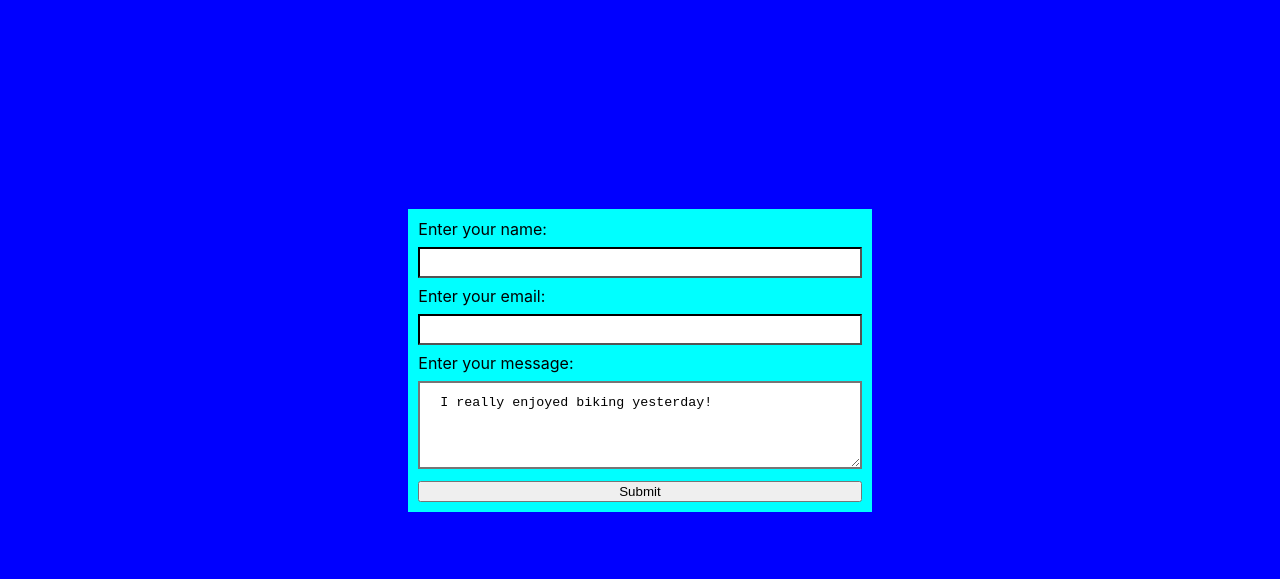
Repository: AddamVictorioDev/ProfileWebsite
Page: /form (app in con/)
The author's editor kept a copy of each file at every save. The page is drawn from the files as they stood at one save, then again after a run of saves.
The browser window is 1280 px wide. The pictures show the whole page.
The project was rebuilt for these pictures with package versions that can differ from the ones it lists, and the page was loaded fresh each time. Also part of the build but not shown: con/src/App.css, con/src/home.css, con/src/home.js, con/src/addam.css, con/src/addam.js, con/src/usescripts.js, con/src/projects.js.

Above is the page before, as saved 2023-03-16 19:34:43.

### con/src/index.css
body {
  margin: 0;
  font-family: -apple-system, BlinkMacSystemFont, 'Segoe UI', 'Roboto', 'Oxygen',
    'Ubuntu', 'Cantarell', 'Fira Sans', 'Droid Sans', 'Helvetica Neue',
    sans-serif;
  -webkit-font-smoothing: antialiased;
  -moz-osx-font-smoothing: grayscale;
  /* background-image: url("/Users/addamvictorio/con/src/waterdropwallpp.jpg"); */
  /* background-color: #ffffff; */

}

code {
  font-family: source-code-pro, Menlo, Monaco, Consolas, 'Courier New',
    monospace;
}

### con/src/App.js
import logo from './logo.svg';
import './App.css';
import HomePage from './home';
import Addam from './addam';

import {
  BrowserRouter,
  Routes,
  Route
} from "react-router-dom";
import Projects from './projects';
import MyForm from './form';

function App() {

  return (

    <BrowserRouter>
      <Routes>


      <Route exact path="/" element={<Addam />}  />
      <Route path="projects" element={<Projects />} />
      <Route path="form" element={<MyForm />} />

      </Routes>


  </BrowserRouter>

  );
}

export default App;

### con/src/form.js
import { useState } from 'react';
import ReactDOM from 'react-dom/client';
import './form.css'

function MyForm() {
  const [inputs, setInputs] = useState({});
  const [textarea, setTextarea] = useState(
    "The content of a textarea goes in the value attribute"
  );

  const handleChange = (event) => {
    const name = event.target.name;
    const value = event.target.value;
    setInputs(values => ({...values, [name]: value}))
  }

  const handleSubmit = (event) => {
    event.preventDefault();
    alert(inputs);
  }

  return (
    <div className="center">
    <form onSubmit={handleSubmit}>
      <label>Enter your name:
      <input
        type="text"
        name="username"
        value={inputs.username || ""}
        onChange={handleChange}
      />
      </label>
      <label>Enter your email:
        <input
          type="text"
          name="age"
          value={inputs.age || ""}
          onChange={handleChange}
        />
        </label>
        <label>Enter your message:
        <textarea
        name="postContent"
        defaultValue="I really enjoyed biking yesterday!"
        rows={4}
        cols={40}
      />
        </label>

        <input type="submit" />
    </form>
    </div>
  )
}

export default MyForm;

### con/src/projects.css
.center{
    display: grid;
    justify-content: center;
    align-items: center;


}
.photo-grid {
    display: flex;
    height: 100%;

    border-radius: 10px;
    border-color: black;

    flex-wrap: wrap;
    justify-content: center;
    align-items: center;
    gap: 10px;
    background-color: blueviolet;
  }

  .photo-item {
    height: 100%;


    position: relative;




    overflow: auto;
  }

  img {
    width: 100%;
    height: 100%;


    object-fit: cover;
  }
  .img-text {
    position: absolute;
    width: 100%;
    bottom: 10px;

    color: white;
    background-color: rgb(199, 6, 6);
    padding: 10px;
  }

### con/src/form.css
body{
    display: flex;
    align-items: center;
    justify-content: center;

    height:100vh;

}
.container{

    align-items:center;
    display: flex;
    justify-content: space-between;

}

.center{
    display: grid;
    place-items: center;
 width: 100vw;
 height: 100vh;
    background-color: blue;



}


form{
    display: flex;
    flex-direction: column;
    background-color: aqua;
    width: 80%;
    padding: 10px;
    justify-content: space-around;

}

input[type=text] {
    width: 100%;
    padding: 6px 20px;
    margin: 8px 0;
border-color: black;
    box-sizing: border-box;
  }
  textarea{

    width: 100%;
    padding: 12px 20px;
    margin: 8px 0;
    box-sizing: border-box;
    border-width: 2px;
  }

Loaded but not shown: con/public/index.html (common file); con/src/index.js (common file); con/src/reportWebVitals.js (common file)

After the next 2 saves:
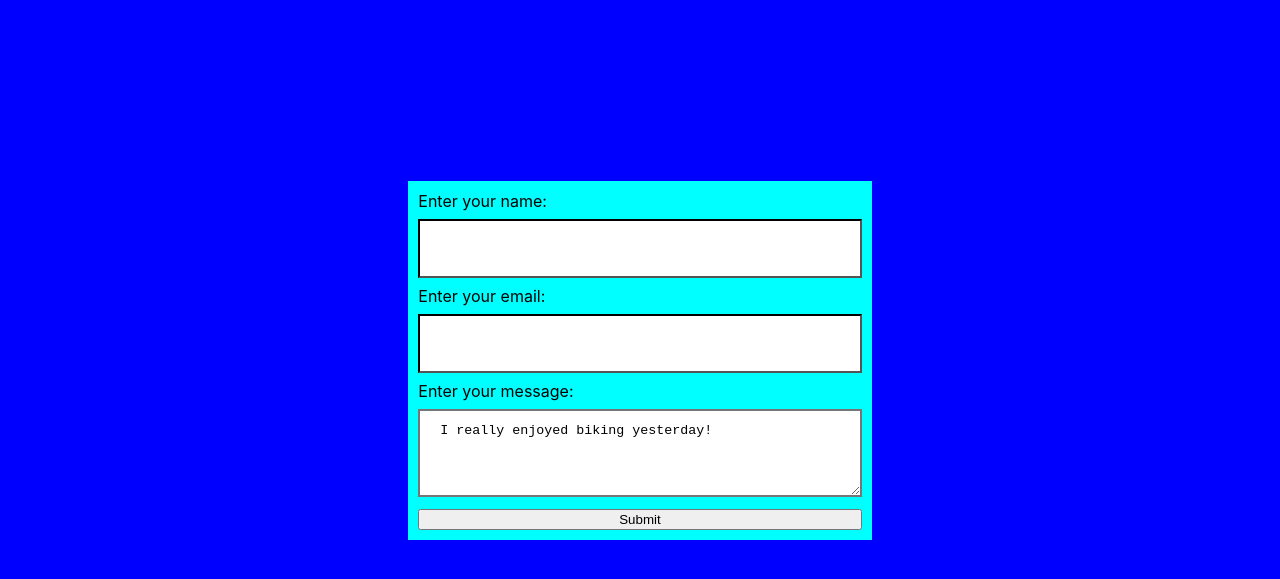
The 2 saves are shown as one change because they came seconds apart.
The last was saved 7 s later.
--- a/con/src/form.css
+++ b/con/src/form.css
@@ -38,7 +38,7 @@ form{
 
 input[type=text] {
     width: 100%;
-    padding: 6px 20px;
+    padding:  20px;
     margin: 8px 0;
 border-color: black;
     box-sizing: border-box;
